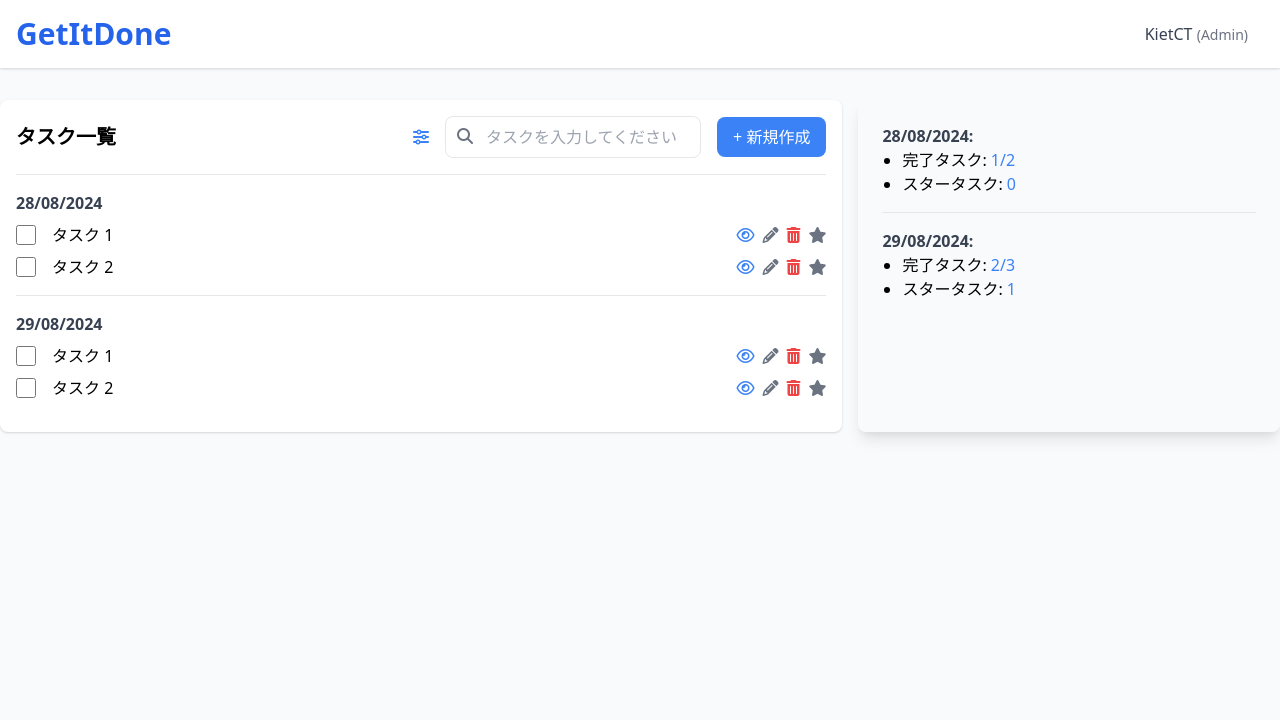
Repository: TuanAnhNguyen723/todolist
Page: http://localhost/mainscreen/mainscreen.php
The author's editor kept a copy of each file at every save. The page is drawn from the files as they stood at one save, then again after the next save.
The browser window is 1280 px wide. The pictures show the whole page.
Some web libraries are served in a nearby version. The page is run by PHP 8.4 with error messages shown; the project is at /var/www/html/. The database holds what the project's SQL file puts in it.

Above is the page before, as saved 2024-09-26 17:22:41.

After the next save:
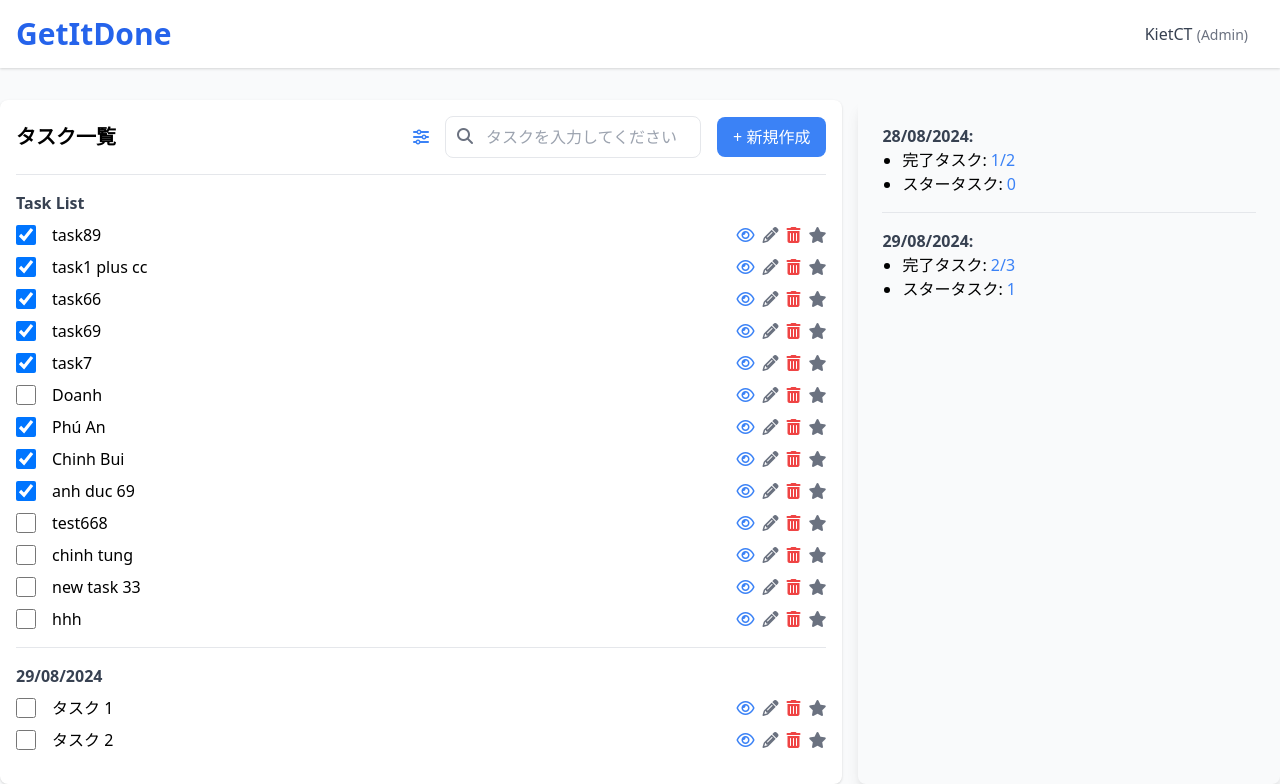
Saved 33 s later.
--- a/mainscreen/mainscreen.php
+++ b/mainscreen/mainscreen.php
@@ -71,58 +71,35 @@ include('./mainscreenController.php');
 
           <!-- Task Group 1 -->
           <div class="mb-4 border-t pt-4">
-            <h3 class="font-bold text-gray-700">28/08/2024</h3>
-
-            <!-- Task 1 -->
-            <div class="flex justify-between items-center space-x-4 my-2">
-              <div class="flex items-center space-x-4">
-                <input
-                  type="checkbox"
-                  class="form-checkbox h-5 w-5 toggle-complete"
-                />
-                <span class="task-text">タスク 1</span>
-              </div>
-              <div class="flex space-x-2">
-                <button class="text-blue-500 hover:text-blue-700">
-                  <i class="fa fa-eye"></i>
-                </button>
-                <button class="text-gray-500 hover:text-gray-700">
-                  <i class="fa fa-pencil"></i>
-                </button>
-                <button class="text-red-500 hover:text-red-700">
-                  <i class="fa fa-trash"></i>
-                </button>
-                <button class="text-gray-500 hover:text-yellow-300 star-icon">
-                  <i class="fa fa-star"></i>
-                </button>
-              </div>
-            </div>
-
-            <!-- Task 2 -->
-            <div class="flex justify-between items-center space-x-4 my-2">
-              <div class="flex items-center space-x-4">
-                <input
-                  type="checkbox"
-                  class="form-checkbox h-5 w-5 toggle-complete"
-                />
-                <span class="task-text">タスク 2</span>
-              </div>
-              <div class="flex space-x-2">
-                <button class="text-blue-500 hover:text-blue-700">
-                  <i class="fa fa-eye"></i>
-                </button>
-                <button class="text-gray-500 hover:text-gray-700">
-                  <i class="fa fa-pencil"></i>
-                </button>
-                <button class="text-red-500 hover:text-red-700">
-                  <i class="fa fa-trash"></i>
-                </button>
-                <button class="text-gray-500 hover:text-yellow-300 star-icon">
-                  <i class="fa fa-star"></i>
-                </button>
-              </div>
-            </div>
-          </div>
+    <h3 class="font-bold text-gray-700">Task List</h3>
+
+    <?php foreach ($tasks as $task): ?>
+    <div class="flex justify-between items-center space-x-4 my-2">
+        <div class="flex items-center space-x-4">
+            <input
+                type="checkbox"
+                class="form-checkbox h-5 w-5 toggle-complete"
+                <?php echo $task['checked'] ? 'checked' : ''; ?>
+            />
+            <span class="task-text"><?php echo htmlspecialchars($task['title']); ?></span>
+        </div>
+        <div class="flex space-x-2">
+            <button class="text-blue-500 hover:text-blue-700">
+                <i class="fa fa-eye"></i>
+            </button>
+            <button class="text-gray-500 hover:text-gray-700">
+                <i class="fa fa-pencil"></i>
+            </button>
+            <button class="text-red-500 hover:text-red-700">
+                <i class="fa fa-trash"></i>
+            </button>
+            <button class="text-gray-500 hover:text-yellow-300 star-icon">
+                <i class="fa fa-star"></i>
+            </button>
+        </div>
+    </div>
+    <?php endforeach; ?>
+</div>
 
           <!-- Task Group 2 -->
           <div class="mb-4 border-t pt-4">
